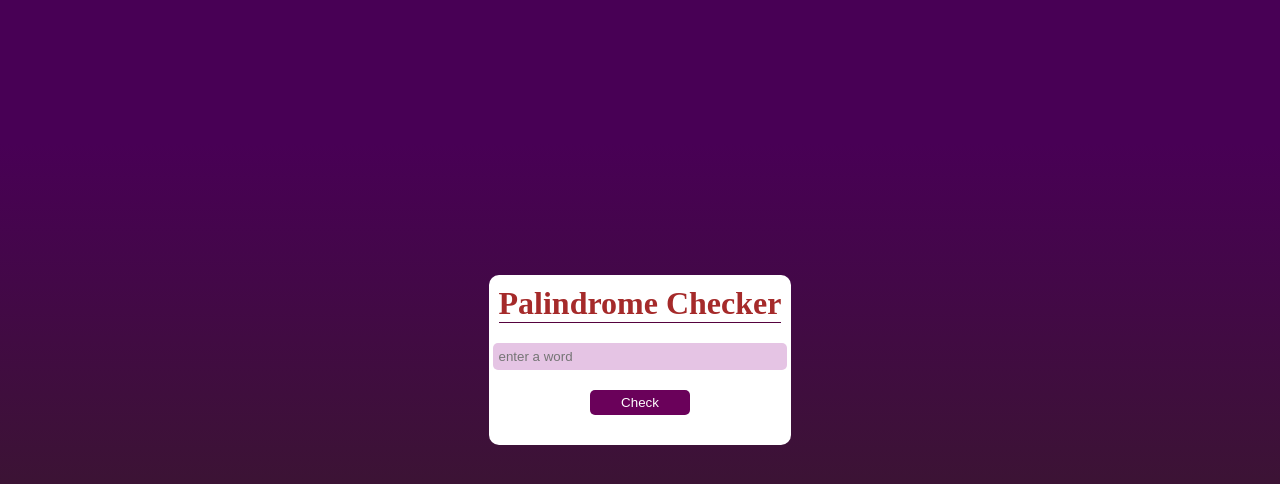
Repository: albinsabu2023/palindromeChecker
Page: index.html
An editor plug-in stored every save of this project. The page is shown before and after the next save, followed by the edit.
The browser window is 1280 px wide. The pictures show the whole page.

Above is the page before, as saved 2023-09-12 01:30:25.

After the next save:
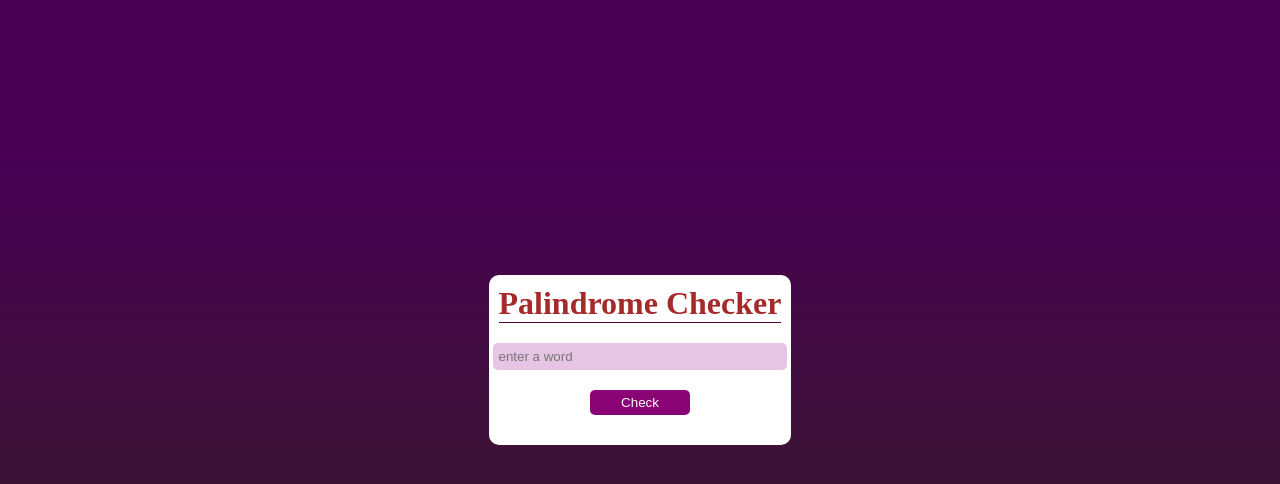
Saved 7 s later.
--- a/style.css
+++ b/style.css
@@ -38,7 +38,7 @@ body{
 }
 .container button{
     border: none;
-    background-color: rgb(106, 1, 90);
+    background-color: rgb(137, 3, 117);
     padding: 5px;
     width: 100px;
     border-radius: 5px;
